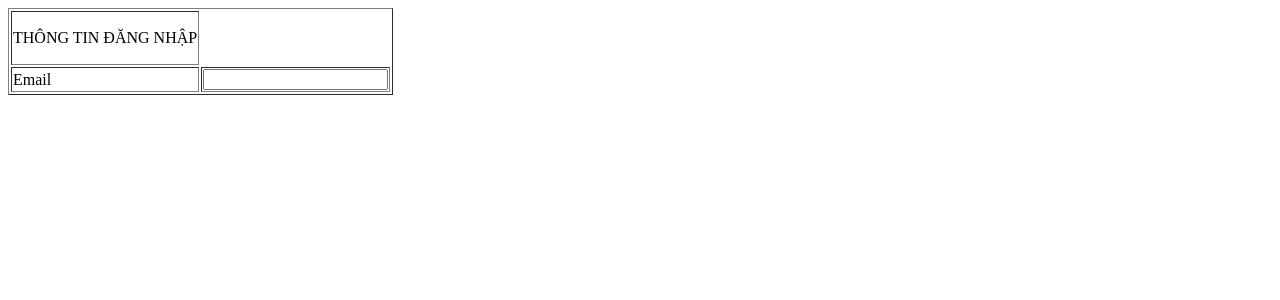
Repository: Vanh260703/Java-Servlet
Page: Bai1_HelloWorld/src/main/webapp/vidu.html
The author's editor kept a copy of each file at every save. The page is drawn from the files as they stood at one save, then again after the next save.
The browser window is 1280 px wide. The pictures show the whole page.

Above is the page before, as saved 2025-02-28 15:58:59.

After the next save:
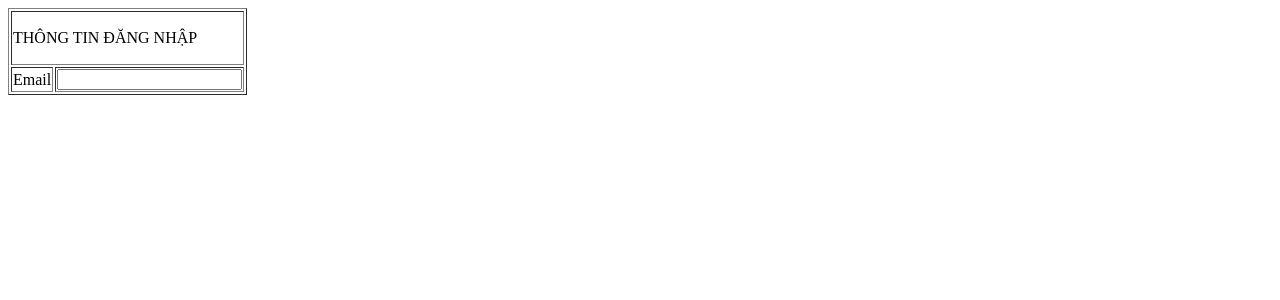
Saved 16 s later.
--- a/Bai1_HelloWorld/src/main/webapp/vidu.html
+++ b/Bai1_HelloWorld/src/main/webapp/vidu.html
@@ -8,7 +8,7 @@
 	<table border = "1">
 		<tbody>
 			<tr>
-				<td><p>THÔNG TIN ĐĂNG NHẬP</p></td>
+				<td colspan = "2"><p>THÔNG TIN ĐĂNG NHẬP</p></td>
 			</tr>
 			<tr>
 				<td>
